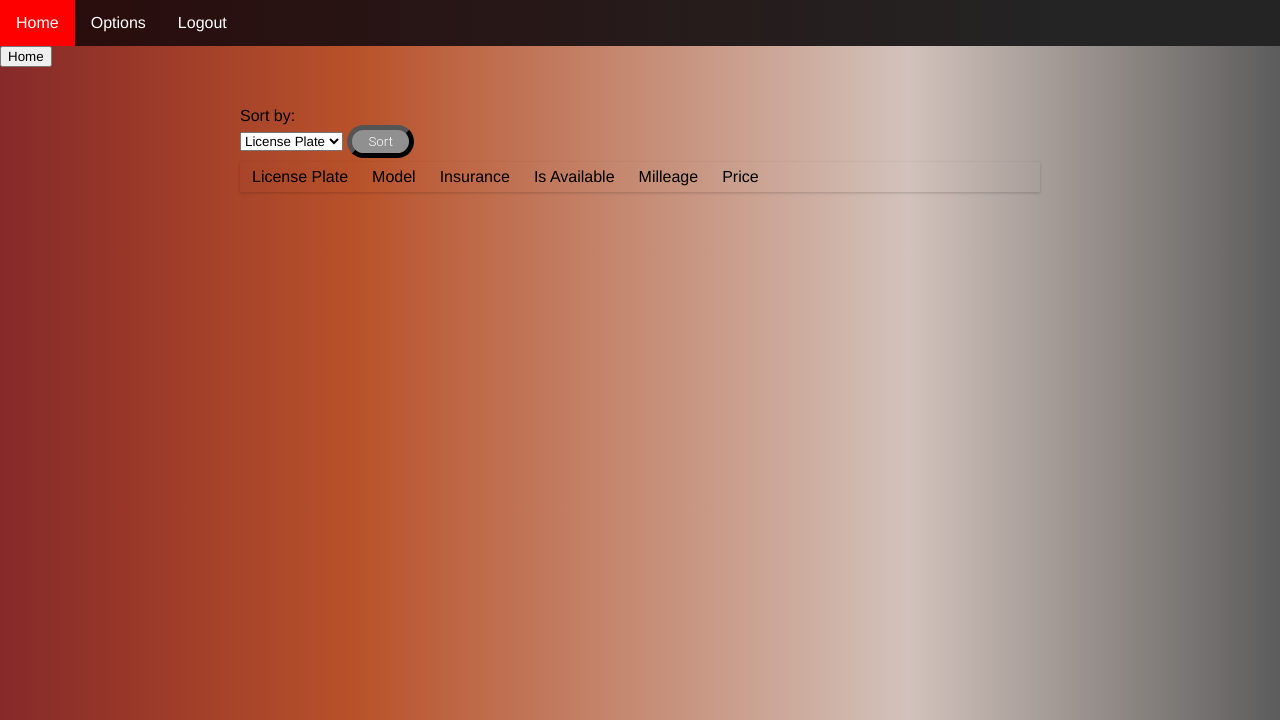
Repository: kensevv/nevexisDemos
Page: http://localhost/Car_Rental_Management_System/VehicleList.jsp
The author's editor kept a copy of each file at every save. The page is drawn from the files as they stood at one save, then again after the next save.
The browser window is 1280 px wide. The pictures show the whole page.
The page is served by Tomcat 9. Nobody is signed in. The application's start-up code is not run. Other server files are loaded and not shown. The template is opened directly, without the code that normally fills it, so the values that code supplies are empty.

Above is the page before, as saved 2021-03-25 22:54:04.

### Car_Rental_Management_System/src/main/webapp/VehicleList.jsp

<%@ page language="java" contentType="text/html; charset=UTF-8"
	pageEncoding="UTF-8"%>
<%@ taglib uri="http://java.sun.com/jsp/jstl/core" prefix="c"%>

<!DOCTYPE html>
<html>
<head>
<meta charset="ISO-8859-1">
<title>Vehicle List</title>
</head>
<body>
	<div class="navbar">
		<a href="home.jsp">Home</a>
		<div class="dropdown">
			<button class="dropbtn">
				Options <i class="fa fa-caret-down"></i>
			</button>
			<div class="dropdown-content">
				<a href="list">List All Vehicles</a>
				<a href="VehicleForm.jsp">Add new Vehicle</a>
				<a href="removeForm">Remove Vehicle</a>
				<a href="edit">Modify Vehicle</a>
			</div>
		</div>
		<a href="login.jsp">Logout</a>
	</div>
	<form action="home.jsp" class="inline">
		<button>Home</button>
	</form>
	<div class="wrapper">
		<label for="orderBy">Sort by:</label>
		<form method="get" action="list">
			<select name="orderBy" id="car">
				<option value="licPlate">License Plate</option>
				<option value="model">Model</option>
				<option value="insurance">Insurance</option>
				<option value="isAvailable">Is available</option>
				<option value="milleage">Milleage</option>
				<option value="price">Price</option>
			</select>
			<button type="submit" class="button">Sort</button>
		</form>

		<div class="table">

			<div class="rowHeader">
				<div class="cell">License Plate</div>
				<div class="cell">Model</div>
				<div class="cell">Insurance</div>
				<div class="cell">Is Available</div>
				<div class="cell">Milleage</div>
				<div class="cell">Price</div>
			</div>
			<c:forEach var="vehicle" items="${listVehicle}">
				<div class="row">
					<div class="cell" data-title="licPlate">
						<c:out value="${vehicle.licPlate}" />
					</div>
					<div class="cell" data-title="Model">
						<c:out value="${vehicle.model}" />
					</div>
					<div class="cell" data-title="Insurance">
						<c:out value="${vehicle.insurance}" />
					</div>
					<div class="cell" data-title="Is Available">
						<c:out value="${vehicle.isAvailable}" />
					</div>
					<div class="cell" data-title="Milleage">
						<c:out value="${vehicle.milleage}" />
					</div>
					<div class="cell" data-title="Price">
						<c:out value="${vehicle.price}" />
					</div>
				</div>
			</c:forEach>
		</div>
	</div>
</body>
<style><%@include file="css/style.css"%></style>
</html>

### Car_Rental_Management_System/src/main/webapp/css/style.css
@charset "UTF-8";

body, html, div#root {height: 100%; }

body {
    font-size: 16px;
    margin: 0;
    background: rgb(134,41,41);
background: linear-gradient(90deg, rgba(134,41,41,1) 0%, rgba(185,82,42,1) 28%, rgba(210,194,187,1) 71%, rgba(92,92,92,1) 100%);
}

* {
    font-family: Helvetica, sans-serif;
}

div#root {
    display: flex;
    flex-direction: column;
}

main {
    height: 100%;
   background: rgb(134,41,41);
background: linear-gradient(90deg, rgba(134,41,41,1) 0%, rgba(185,82,42,1) 28%, rgba(210,194,187,1) 71%, rgba(92,92,92,1) 100%);
}

header {
    display: flex;
    justify-content: space-between;
    align-items: center;

    padding-left: 5%;
    padding-right: 5%;

    height: 9%;
  }

main {
    display: flex;
    justify-content: center;
    align-content: flex-start;
    flex-wrap: wrap;
}

main{
    padding: 7px;
}

.button {
	display: inline-block;
	padding: 0.3em 1.2em;
	margin: 0 0.3em 0.3em 0;
	border-radius: 2em;
	box-sizing: border-box;
	text-decoration: none;
	font-family: 'Roboto', sans-serif;
	font-weight: 300;
	color: 	white;
	background-color: 	rgb(144,144,144);
	text-align: center;
	transition: all 0.2s;
	border-width: thick;
}

.header {
	color: white;
}

.navbar {
	overflow: hidden;
	background: rgb(42,11,11);
background: linear-gradient(90deg, rgba(42,11,11,1) 0%, rgba(36,36,36,1) 83%);
}

.navbar a {
	float: left;
	font-size: 16px;
	color: white;
	text-align: center;
	padding: 14px 16px;
	text-decoration: none;
}

.dropdown {
	float: left;
	overflow: hidden;
}

.dropdown .dropbtn {
	font-size: 16px;
	border: none;
	outline: none;
	color: white;
	padding: 14px 16px;
	background-color: inherit;
	font-family: inherit;
	margin: 0;
}

.navbar a:hover, .dropdown:hover .dropbtn {
	background-color: red;
}

.dropdown-content {
	display: none;
	position: absolute;
	background-color: #f9f9f9;
	min-width: 160px;
	box-shadow: 0px 8px 16px 0px rgba(0, 0, 0, 0.2);
	z-index: 1;
}

.dropdown-content a {
	float: none;
	color: black;
	padding: 12px 16px;
	text-decoration: none;
	display: block;
	text-align: left;
}

.dropdown-content a:hover {
	background-color: #ddd;
}

.dropdown:hover .dropdown-content {
	display: block;
}

.box {
	position: absolute;
	top: 50%;
	left: 50%;
	transform: translate(-50%, -50%);
}

.box select {
	background-color: rgb(80,80,80);
	color: white;
	padding: 12px;
	width: 250px;
	border: none;
	font-size: 20px;
	box-shadow: 0 5px 25px rgba(0, 0, 0, 0.2);
	-webkit-appearance: button;
	appearance: button;
	outline: none;
}

.box select option {
	padding: 30px;
	background-color: rgb(190,190,190);
}

.wrapper {
	margin: 0 auto;
	padding: 40px;
	max-width: 800px;
}

.table {
	margin: 0 0 40px 0;
	width: 100%;
	box-shadow: 0 1px 3px rgba(0, 0, 0, 0.2);
	display: table;
}

.row {
	display: table-row;
	background: #f6f6f6;
}

.cell {
	display: none;
	margin-bottom: 10px;
	padding: 6px 12px;
	display: table-cell;
}
.modify {
	display: flex;
    flex-direction: column;
}

#modifyTitle {
	color: white;
    font-size: larger;
    font-weight: bold;
    font-style: italic;
    background-color: 	rgb(144,144,144);
}

After the next save:
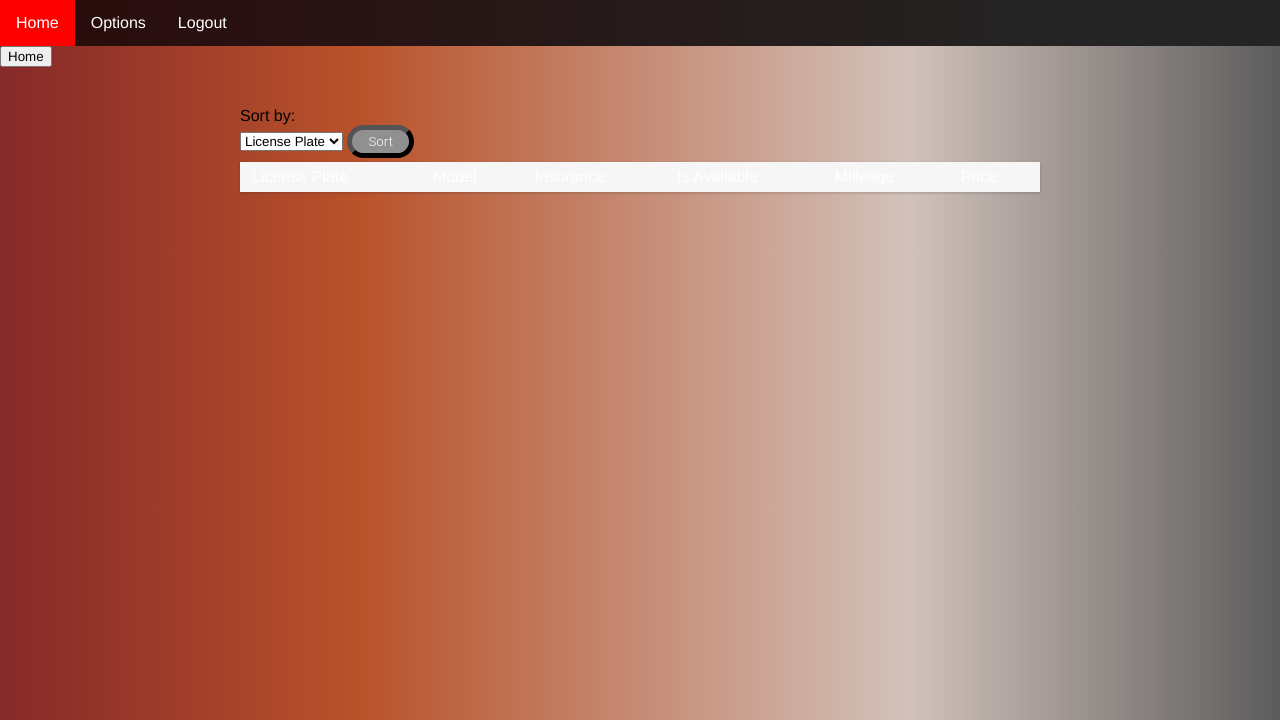
Saved 14 s later.
--- a/Car_Rental_Management_System/src/main/webapp/VehicleList.jsp
+++ b/Car_Rental_Management_System/src/main/webapp/VehicleList.jsp
@@ -44,7 +44,7 @@
 
 		<div class="table">
 
-			<div class="rowHeader">
+			<div class="row header">
 				<div class="cell">License Plate</div>
 				<div class="cell">Model</div>
 				<div class="cell">Insurance</div>

After the save that followed:
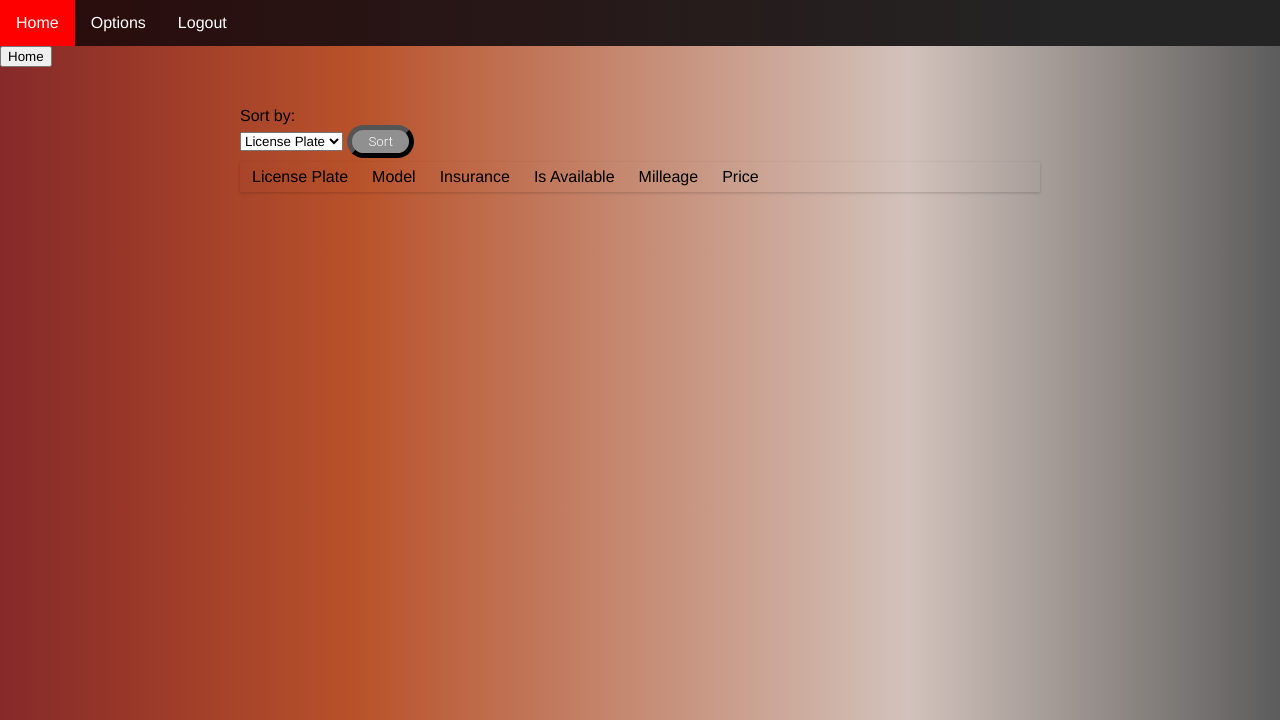
Saved 2 min 28 s later.
--- a/Car_Rental_Management_System/src/main/webapp/VehicleList.jsp
+++ b/Car_Rental_Management_System/src/main/webapp/VehicleList.jsp
@@ -44,7 +44,7 @@
 
 		<div class="table">
 
-			<div class="row header">
+			<div class="rowheader">
 				<div class="cell">License Plate</div>
 				<div class="cell">Model</div>
 				<div class="cell">Insurance</div>
